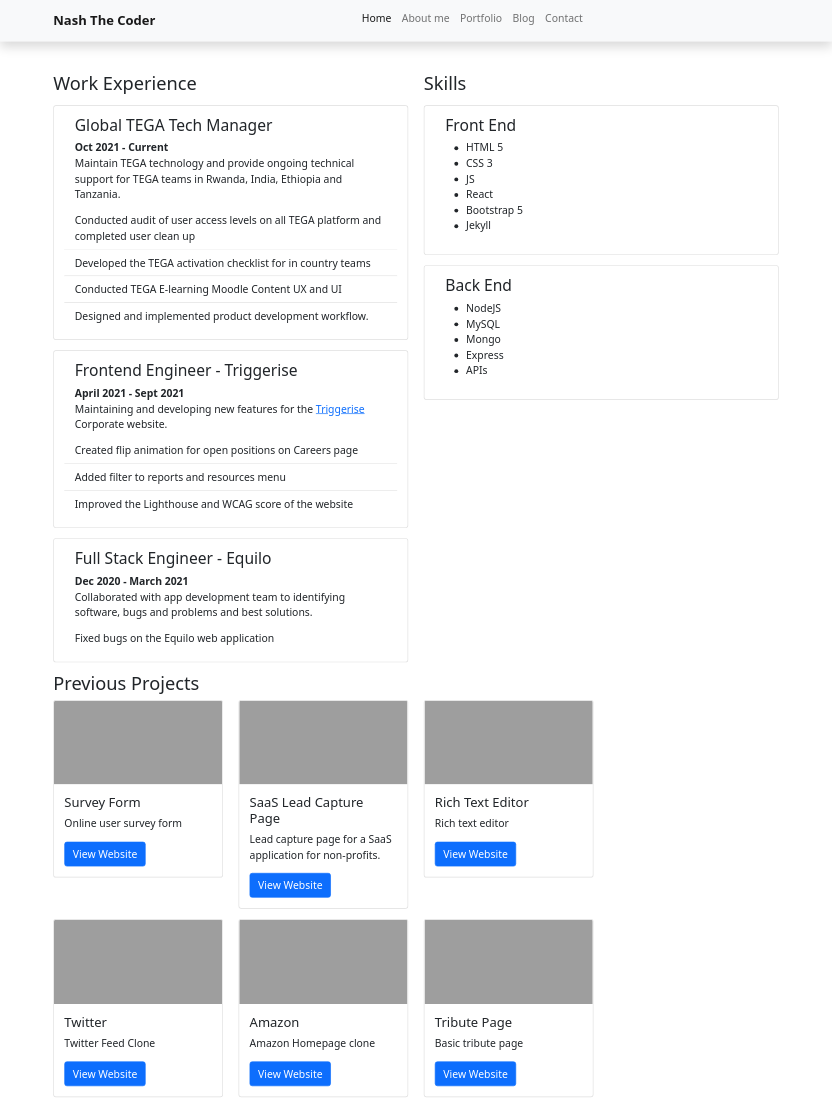
Repository: mamatechafrica/portfolio
Page: index.html
These files come from the project's save history. The page is drawn as it stood at one moment and after a run of saves; the edit follows.
The browser window is 1280 px wide. The pictures show the whole page, at 65% of full size.
Pictures or frames that could not be fetched are drawn as grey boxes. Some icons come from a web library that is not loaded, so they are not drawn. Some web libraries are served in a nearby version.

Above is the page before, as saved 2022-01-06 20:32:42.

### index.html
<!doctype html>
<html lang="en">
    <head>
        <!-- Required meta tags -->
        <meta charset="utf-8">
        <meta name="viewport" content="width=device-width, initial-scale=1">

        <!-- Bootstrap CSS -->
        <link href="https://cdn.jsdelivr.net/npm/bootstrap@5.0.2/dist/css/bootstrap.min.css" rel="stylesheet" integrity="sha384-EVSTQN3/azprG1Anm3QDgpJLIm9Nao0Yz1ztcQTwFspd3yD65VohhpuuCOmLASjC" crossorigin="anonymous">

        <!--Bootstrap Icon CDN-->
        <link rel="stylesheet" href="https://cdn.jsdelivr.net/npm/bootstrap-icons@1.7.0/font/bootstrap-icons.css"/>
        <title>NashTheCoder portfolio</title>
    </head>
    <body>
        <!-- Navbar Section -->
        <!-- <div class="container my-5">
            <h1>Naijeria Toweett</h1>
            <a href="mailto:naijeria@mumlovestech.com" type="button" class="btn btn-outline-primary">
                naijeria@mumlovestech.com
            </a>
            <p class="lead">
                Tech Manager and Full Stack Developer with a Frontend bias and a Women In Tech advocate.
            </p>
        </div> -->
        <nav class="navbar navbar-expand-lg navbar-light bg-light shadow sticky-top">
            <div class="container">
                <a class="navbar-brand" href="#"><strong>Nash The Coder</strong><i class="fas fa-code-branch"></i></a>
                <button class="navbar-toggler"
                    type="button"
                    data-bs-toggle="collapse"
                    data-bs-target="#navbarNav"
                    aria-controls="navbarNav"
                    aria-expanded="false"
                    aria-label="Toggle navigation">
                    <span class="navbar-toggler-icon"></span>
                </button>
                <div class="collapse navbar-collapse" id="navbarNav">
                    <ul class="navbar-nav m-auto mb-2">
                    <li class="nav-item">
                        <a class="nav-link active" aria-current="page" href="#">Home</a>
                    </li>
                    <li class="nav-item">
                        <a class="nav-link" href="/about.html">About me</a>
                    </li>
                    <li class="nav-item">
                        <a class="nav-link" href="#">Portfolio</a>
                    </li>
                    <li class="nav-item">
                        <a class="nav-link" href="#">Blog</a>
                    </li>
                    <li class="nav-item">
                        <a class="nav-link" href="#">Contact</a>
                    </li>
                    </ul>
                </div>
            </div>
        </nav>

        <div class="container mt-5">
            <div class="row">
                <div class="col">
                    <h3 class="mb-3">Work Experience</h3>
                        <div class="card mb-3">
                            <div class="card-body">
                                <div class="mx-3">
                                    <h4>Global TEGA Tech Manager</h4>
                                    <div>
                                        <strong>Oct 2021 - Current</strong>
                                    </div>
                                    Maintain TEGA technology and provide ongoing technical support for
                                    TEGA teams in Rwanda, India, Ethiopia and Tanzania.
                                </div>
                                    <ul class="list-group list-group-flush mt-2">
                                        <li class="list-group-item">Conducted audit of user access levels on all TEGA platform and completed user clean up</li>
                                        <li class="list-group-item">Developed the TEGA activation checklist for in country teams</li>
                                        <li class="list-group-item">Conducted TEGA E-learning Moodle Content UX and UI</li>
                                        <li class="list-group-item">Designed and implemented product development workflow.</li>
                                    </ul>
                            </div>
                        </div>
                        <div class="card mb-3">
                            <div class="card-body">
                                <div class="mx-3">
                                    <h4>Frontend Engineer - Triggerise</h4>
                                    <div>
                                        <strong>April 2021 - Sept 2021</strong>
                                    </div>
                                    Maintaining and developing new features for the <a href="https://triggerise.org/">Triggerise</a> Corporate website.
                                </div>
                                    <ul class="list-group list-group-flush mt-2">
                                        <li class="list-group-item">Created flip animation for open positions on Careers page</li>
                                        <li class="list-group-item">Added filter to reports and resources menu</li>
                                        <li class="list-group-item">Improved the Lighthouse and WCAG score of the website</li>
                                    </ul>
                            </div>
                        </div>
                        <div class="card mb-3">
                            <div class="card-body">
                                <div class="mx-3">
                                    <h4>Full Stack Engineer - Equilo</h4>
                                    <div>
                                        <strong>Dec 2020 - March 2021</strong>
                                    </div>
                                    Collaborated with app development team to identifying software, bugs and problems and best solutions.
                                </div>
                                    <ul class="list-group list-group-flush mt-2">
                                        <li class="list-group-item">Fixed bugs on the Equilo web application</li>
                                    </ul>
                            </div>
                        </div>
                </div>
                <div class="col">
                    <h3 class="mb-3">Skills</h3>
                    <div class="card mb-3">
                        <div class="card-body">
                            <div class="mx-3">
                                <h4>Front End</h4>
                                    <ul>
                                        <li>HTML 5</li>
                                        <li>CSS 3</li>
                                        <li>JS</li>
                                        <li>React</li>
                                        <li>Bootstrap 5</li>
                                        <li>Jekyll</li>
                                    </ul>
                            </div>
                        </div>
                    </div>
                    <div class="card mb-3">
                        <div class="card-body">
                            <div class="mx-3">
                                <h4>Back End</h4>
                                    <ul>
                                        <li>NodeJS</li>
                                        <li>MySQL</li>
                                        <li>Mongo</li>
                                        <li>Express</li>
                                        <li>APIs</li>
                                    </ul>
                            </div>
                        </div>
                    </div>
                </div>
            </div>
        </div>

        <div class="container">
            <h3>Previous Projects</h3>
            <div class="row mb-3">
                <div class="col-lg-3">
                    <div class="card m-b-3">
                        <img src="https://picsum.photos/400/200" alt="Survey Form" class="card-img-top">
                        <div class="card-body">
                            <h5 class="card-title">Survey Form</h5>
                            <p class="card-text">Online user survey form</p>
                            <div class="btn btn-primary">View Website</div>
                        </div>
                    </div>
                </div>
                <div class="col-lg-3">
                    <div class="card m-b-3">
                        <img src="https://picsum.photos/400/200" alt="Survey Form" class="card-img-top">
                        <div class="card-body">
                            <h5 class="card-title">SaaS Lead Capture Page</h5>
                            <p class="card-text">Lead capture page for a SaaS application for non-profits.</p>
                            <div class="btn btn-primary">View Website</div>
                        </div>
                    </div>
                </div>
                <div class="col-lg-3">
                    <div class="card m-b-3">
                        <img src="https://picsum.photos/400/200" alt="Survey Form" class="card-img-top">
                        <div class="card-body">
                            <h5 class="card-title">Rich Text Editor</h5>
                            <p class="card-text">Rich text editor</p>
                            <div class="btn btn-primary">View Website</div>
                        </div>
                    </div>
                </div>
            </div>
            <div class="row mb-3">
                <div class="col-lg-3">
                    <div class="card m-b-3">
                        <img src="https://picsum.photos/400/200" alt="Survey Form" class="card-img-top">
                        <div class="card-body">
                            <h5 class="card-title">Twitter</h5>
                            <p class="card-text">Twitter Feed Clone</p>
                            <div class="btn btn-primary">View Website</div>
                        </div>
                    </div>
                </div>
                <div class="col-lg-3">
                    <div class="card m-b-3">
                        <img src="https://picsum.photos/400/200" alt="Survey Form" class="card-img-top">
                        <div class="card-body">
                            <h5 class="card-title">Amazon</h5>
                            <p class="card-text">Amazon Homepage clone</p>
                            <div class="btn btn-primary">View Website</div>
                        </div>
                    </div>
                </div>
                <div class="col-lg-3">
                    <div class="card m-b-3">
                        <img src="https://picsum.photos/400/200" alt="Survey Form" class="card-img-top">
                        <div class="card-body">
                            <h5 class="card-title">Tribute Page</h5>
                            <p class="card-text">Basic tribute page</p>
                            <div class="btn btn-primary">View Website</div>
                        </div>
                    </div>
                </div>
            </div>
        </div>

        <!-- Optional JavaScript; choose one of the two! -->

        <!-- Option 1: Bootstrap Bundle with Popper -->
        <script src="https://cdn.jsdelivr.net/npm/bootstrap@5.0.2/dist/js/bootstrap.bundle.min.js" integrity="sha384-MrcW6ZMFYlzcLA8Nl+NtUVF0sA7MsXsP1UyJoMp4YLEuNSfAP+JcXn/tWtIaxVXM" crossorigin="anonymous"></script>

        <!-- Option 2: Separate Popper and Bootstrap JS -->
        <!--
        <script src="https://cdn.jsdelivr.net/npm/@popperjs/core@2.9.2/dist/umd/popper.min.js" integrity="sha384-IQsoLXl5PILFhosVNubq5LC7Qb9DXgDA9i+tQ8Zj3iwWAwPtgFTxbJ8NT4GN1R8p" crossorigin="anonymous"></script>
        <script src="https://cdn.jsdelivr.net/npm/bootstrap@5.0.2/dist/js/bootstrap.min.js" integrity="sha384-cVKIPhGWiC2Al4u+LWgxfKTRIcfu0JTxR+EQDz/bgldoEyl4H0zUF0QKbrJ0EcQF" crossorigin="anonymous"></script>
        -->
    </body>
</html>

After the next 3 saves:
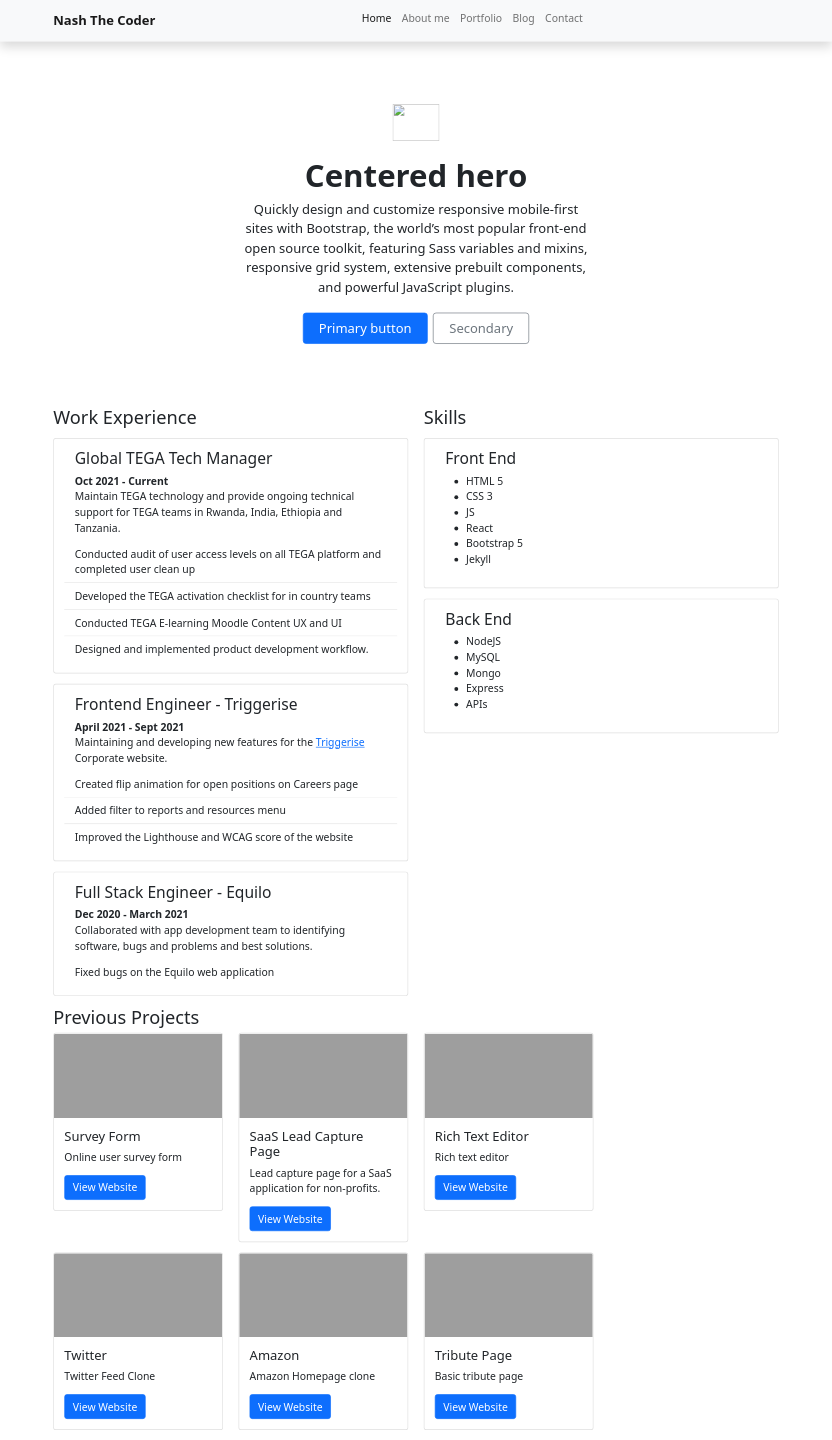
Not found: assets/brand/bootstrap-logo.svg
The 3 saves are shown as one change because they came seconds apart.
The last was saved 9 s later.
--- a/index.html
+++ b/index.html
@@ -56,7 +56,19 @@
                 </div>
             </div>
         </nav>
-
+        <div class="container">
+            <div class="px-4 py-5 my-5 text-center">
+                <img class="d-block mx-auto mb-4" src="../assets/brand/bootstrap-logo.svg" alt="" width="72" height="57">
+                <h1 class="display-5 fw-bold">Centered hero</h1>
+                <div class="col-lg-6 mx-auto">
+                  <p class="lead mb-4">Quickly design and customize responsive mobile-first sites with Bootstrap, the world’s most popular front-end open source toolkit, featuring Sass variables and mixins, responsive grid system, extensive prebuilt components, and powerful JavaScript plugins.</p>
+                  <div class="d-grid gap-2 d-sm-flex justify-content-sm-center">
+                    <button type="button" class="btn btn-primary btn-lg px-4 gap-3">Primary button</button>
+                    <button type="button" class="btn btn-outline-secondary btn-lg px-4">Secondary</button>
+                  </div>
+                </div>
+              </div>
+        </div>
         <div class="container mt-5">
             <div class="row">
                 <div class="col">
